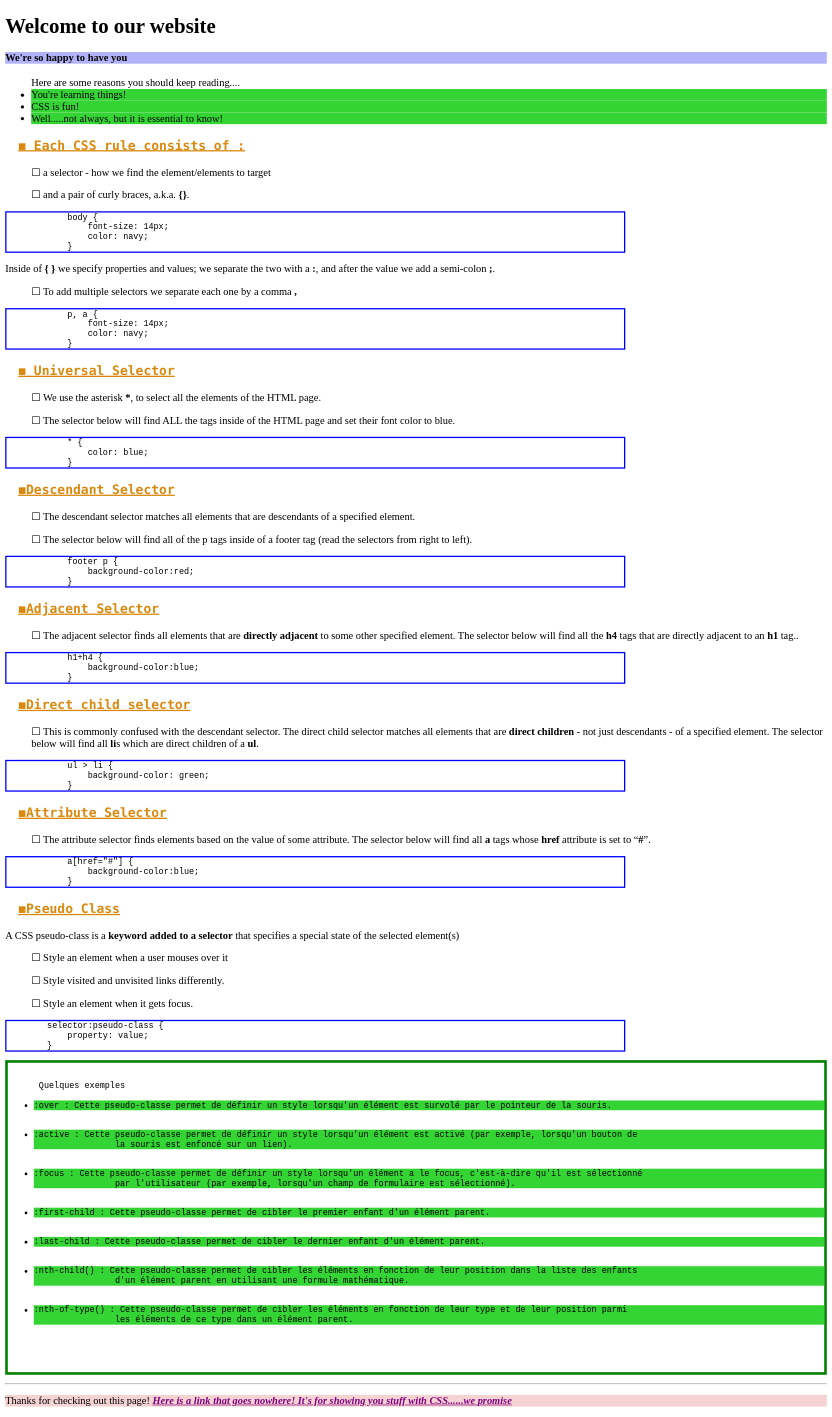
Repository: AnnaSpirit/Tests__
Page: CSS/Useful_Selectors.html
The author's editor kept a copy of each file at every save. The page is drawn from the files as they stood at one save, then again after the next save.
The browser window is 1280 px wide. The pictures show the whole page, at 65% of full size.

Above is the page before, as saved 2024-04-01 18:09:22.

### CSS/Useful_Selectors.html
<!DOCTYPE html>
<html lang="en">
<head>
    <meta charset="UTF-8">
    <meta name="viewport" content="width=device-width, initial-scale=1.0">
    <title>Useful Selectors</title>
    <link rel="stylesheet" href="style_Selectors.css">
</head>
<body>
    <header>
        <h1>Welcome to our website</h1>
        <h4>We're so happy to have you</h4>
    </header>
    <section>
        <ul> Here are some reasons you should keep reading....
            <li>You're learning things!</li>
            <li>CSS is fun!</li>
            <li>Well.....not always, but it is essential to know!</li>
        </ul>
    </section>
    <section>
        <h3 style="padding-left: 20px;"> &#9724; Each CSS rule consists of :</h3>
            <p style="padding-left: 40px;"> &#9744; a selector - how we find the element/elements to target</p>
            <p style="padding-left: 40px;"> &#9744; and a pair of curly braces, a.k.a. <b>{}</b>.</p>
    <span >
        <pre style="border: 2px solid blue; margin-right: 310px">
            body {
                font-size: 14px;
                color: navy;
            }</pre></span>
    <p>Inside of <b>{ }</b> we specify properties and values; we separate the two with a <b>:</b>, and after the value we add a semi-colon <b>;</b>.</p>
            <p style="padding-left: 40px;"> &#9744; To add multiple selectors we separate each one by a comma <b>,</b></p>
    <span>
        <pre style="border: 2px solid blue; margin-right: 310px">
            p, a {
                font-size: 14px;
                color: navy;
            }</pre>
        </span>
        <h3 style="padding-left: 20px;"> &#9724; Universal Selector</h3>
        <p style="padding-left: 40px;">&#9744; We use the asterisk <b>*</b>, to select all the elements of the HTML page.</p>
        <p style="padding-left: 40px;">&#9744; The selector below will find ALL the tags inside of the HTML page and set their font color to blue.</p>
    <span>
        <pre style="border: 2px solid blue; margin-right: 310px">
            * {
                color: blue;
            }</pre>
    </span>
    <h3 style="padding-left: 20px;"> &#9724;Descendant Selector</h3>
    <p style="padding-left: 40px;">&#9744; The descendant selector matches all elements that are descendants of a specified element.</p>
    <p style="padding-left: 40px;">&#9744; The selector below will find all of the p tags inside of a footer tag (read the selectors from right to left).</p>
    <span>
        <pre style="border: 2px solid blue; margin-right: 310px">
            footer p {
                background-color:red;
            }</pre>
    </span>
    <h3 style="padding-left: 20px;"> &#9724;Adjacent Selector</h3>
    <p style="padding-left: 40px;">&#9744; The adjacent selector finds all elements that are <b>directly adjacent</b> to some other specified element. The selector below
    will find all the <b>h4</b> tags that are directly adjacent to an <b>h1</b> tag..</p>
    <span>
        <pre style="border: 2px solid blue; margin-right: 310px">
            h1+h4 {
                background-color:blue;
            }</pre>
    </span>
    <h3 style="padding-left: 20px;"> &#9724;Direct child selector</h3>
    <p style="padding-left: 40px;">&#9744; This is commonly confused with the descendant selector. The direct child selector matches all elements that are <b>direct
    children</b> - not just descendants - of a specified element. The selector below will find all <b>li</b>s which are direct children
    of a <b>ul</b>.</p>
    <span>
        <pre style="border: 2px solid blue; margin-right: 310px">
            ul > li {
                background-color: green;
            }</pre>
    </span>
    <h3 style="padding-left: 20px;"> &#9724;Attribute Selector</h3>
    <p style="padding-left: 40px;">&#9744; The attribute selector finds elements based on the value of some attribute. The selector below will find all <b>a</b> tags
    whose <b>href</b> attribute is set to “<b>#</b>”.</p>
    <span>
        <pre style="border: 2px solid blue; margin-right: 310px">
            a[href="#"] {
                background-color:blue;
            }</pre>
    </span>

    <h3 style="padding-left: 20px;"> &#9724;Pseudo Class</h3>
    <p>A CSS pseudo-class is a <b> keyword added to a selector</b> that specifies a special state of the selected element(s)</p>
    <p style="padding-left: 40px;">&#9744; Style an element when a user mouses over it</p>
    <p style="padding-left: 40px;">&#9744; Style visited and unvisited links differently.</p>
    <p style="padding-left: 40px;">&#9744; Style an element when it gets focus.</p>
    <span>
        <pre style="border: 2px solid blue; margin-right: 310px">
        selector:pseudo-class {
            property: value;
        }</pre>
    </span>
    <span>
        <pre style="border: 4px solid green";>
            <ul> Quelques exemples
                <li>:over : Cette pseudo-classe permet de définir un style lorsqu'un élément est survolé par le pointeur de la souris.</li>
                <li>:active : Cette pseudo-classe permet de définir un style lorsqu'un élément est activé (par exemple, lorsqu'un bouton de
                la souris est enfoncé sur un lien).</li>
                <li>:focus : Cette pseudo-classe permet de définir un style lorsqu'un élément a le focus, c'est-à-dire qu'il est sélectionné
                par l'utilisateur (par exemple, lorsqu'un champ de formulaire est sélectionné).</li>
                <li>:first-child : Cette pseudo-classe permet de cibler le premier enfant d'un élément parent.</li>
                <li>:last-child : Cette pseudo-classe permet de cibler le dernier enfant d'un élément parent.</li>
                <li>:nth-child() : Cette pseudo-classe permet de cibler les éléments en fonction de leur position dans la liste des enfants
                d'un élément parent en utilisant une formule mathématique.</li>
                <li>:nth-of-type() : Cette pseudo-classe permet de cibler les éléments en fonction de leur type et de leur position parmi
                les éléments de ce type dans un élément parent.</li>
            </ul>
        </pre>
    </span>
    </section>
    <hr>
    <footer>

        <p>
            Thanks for checking out this page!
            <a href="#">Here is a link that goes nowhere! It's for showing you stuff with CSS......we promise</a>
        </p>
    </footer>
</body>
</html>

### CSS/style_Selectors.css
/* Universal Selector */
/* * {
    color: brown;
} */
ul>li {
    background-color: rgb(53, 212, 53);
}

h3{
    color: rgb(218, 137, 14);
    font-family: "Lucida Console", Monaco, monospace;
    font-size: 20px;
    color: #DA890E;
    text-decoration: underline rgb(218, 137, 14);
}
h1+h4 {
    background-color: rgb(178, 178, 248);
}
a[href="#"] {
    color: purple;
    font-weight: bold;
    font-style: italic;
}

footer p {
    background-color: rgb(245, 211, 211);
}
pre>ul>li {
    background-color: rgb(53, 212, 53);
}

After the next save:
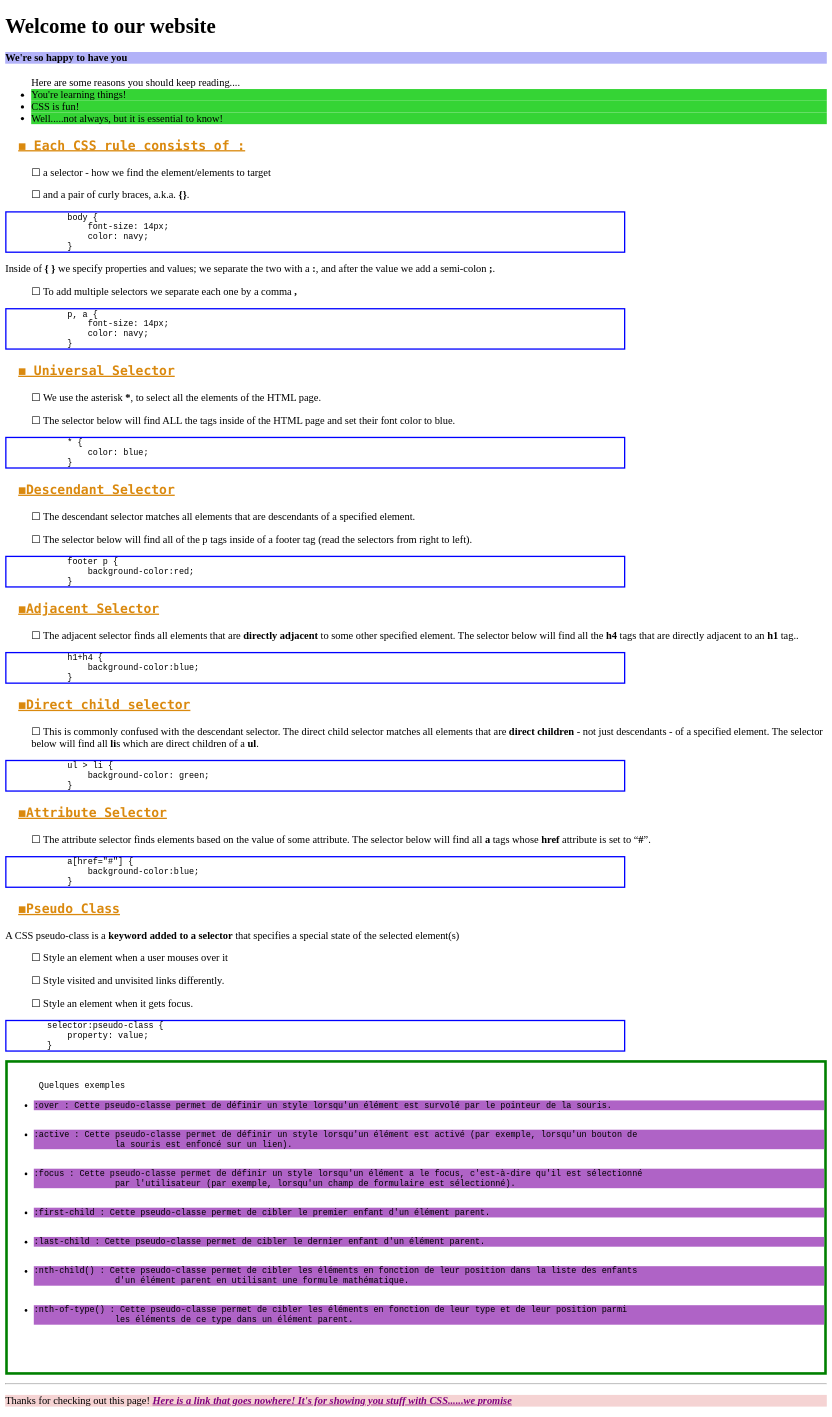
Saved 10 s later.
--- a/CSS/style_Selectors.css
+++ b/CSS/style_Selectors.css
@@ -26,5 +26,5 @@ footer p {
     background-color: rgb(245, 211, 211);
 }
 pre>ul>li {
-    background-color: rgb(53, 212, 53);
+    background-color: rgb(175, 99, 198);
 }

After the save that followed:
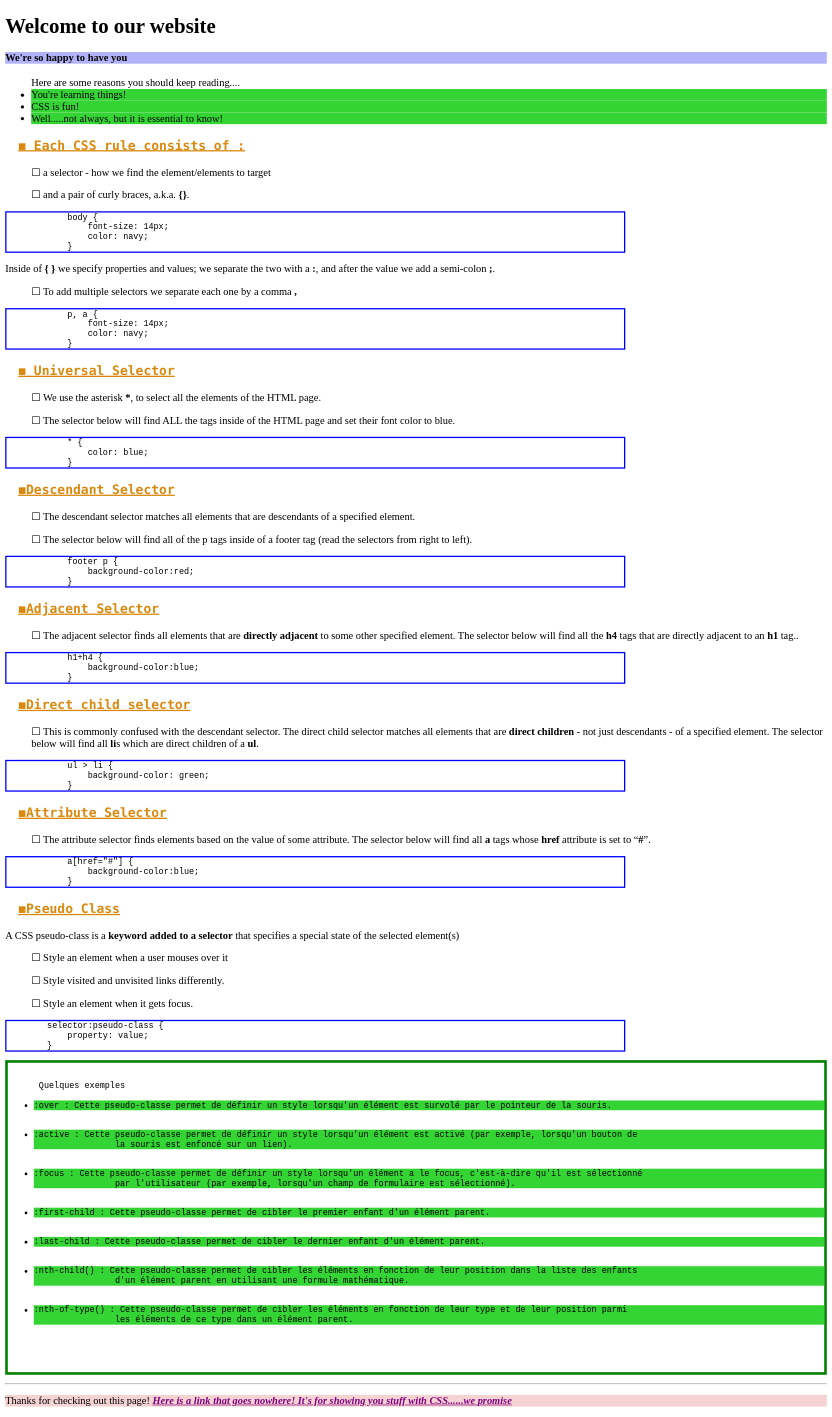
Saved 17 s later.
--- a/CSS/style_Selectors.css
+++ b/CSS/style_Selectors.css
@@ -26,5 +26,5 @@ footer p {
     background-color: rgb(245, 211, 211);
 }
 pre>ul>li {
-    background-color: rgb(175, 99, 198);
+    background-color: none;
 }
